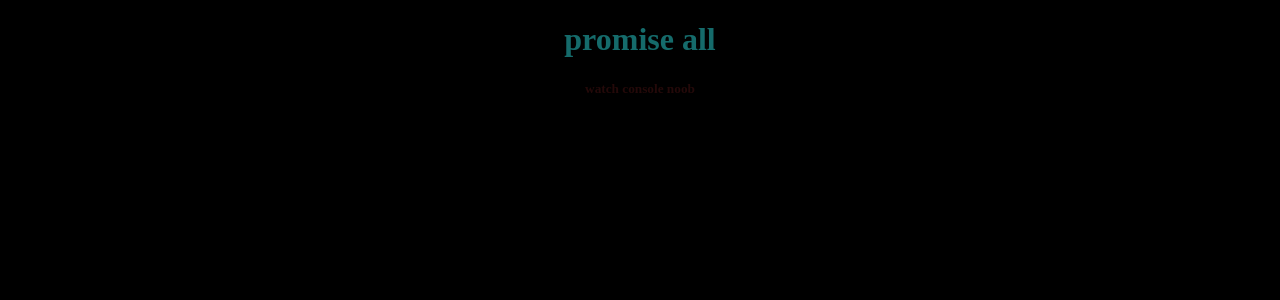
Repository: Magiciaan/pokeapi2
Page: new.html
These files come from the project's save history. The page is drawn as it stood at one moment and after the next save; the edit follows.
The browser window is 1280 px wide. The pictures show the whole page.
The page's requests for data from a server got no answer.

Above is the page before, as saved 2023-01-09 23:43:46.

### new.html
<!DOCTYPE html>
<html lang="en">
<head>
    <meta charset="UTF-8">
    <meta http-equiv="X-UA-Compatible" content="IE=edge">
    <meta name="viewport" content="width=device-width, initial-scale=1.0">
    <script src = 'new.js' defer ></script>
    <link rel="stylesheet" type="text/css" href="./new.css">
    <title>promise all
    </title>
</head>
<body>
    <h1>promise all</h1>
    <h5>watch console noob</h5>
</body>
</html>

### new.js
async function firstfetch() {
  try {
    let vyavya = []
    const allfetchingdata = await fetch(
      "https://pokeapi.co/api/v2/pokemon?limit=5"
    );
    const resp = await allfetchingdata.json();
    constallurls = [];
    for (let i = 0; i < 5; i++) {
      let urls = resp.results[i].url;
      constallurls.push(urls);
    }
    constallurls.forEach((random)=>{
        vyavya.push(fetch(random))
    })
    Promise.all(vyavya)
      .then((response) => {
        return Promise.all(response.map((r) => r.json()));
      })
      .then((data) => {
        data.forEach((item) => {
          console.log(item.name);
        });
      });

  } catch (err) {
    console.error(err);
  }
}
firstfetch();

### new.css
body{
    text-align: center;
    color: rgb(21, 107, 107);
    background-color: rgb(0, 0, 0);
}
h5{
    color: rgb(36, 9, 9);
}
h5:hover{
    color: aliceblue;
    cursor: pointer;
}

After the next save:
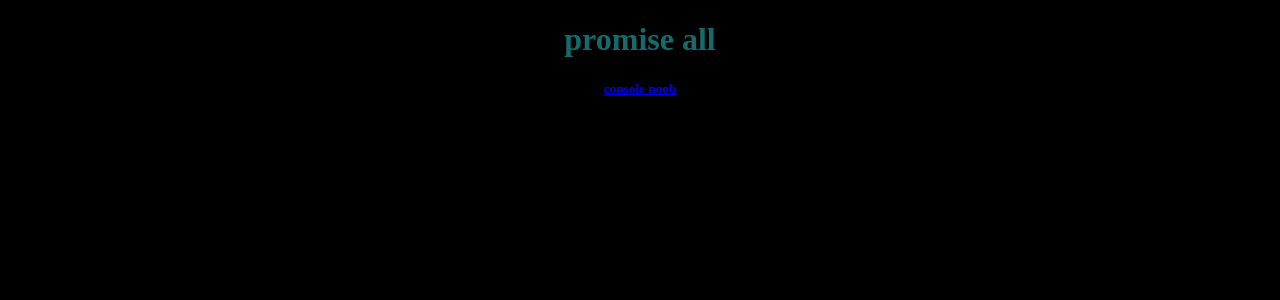
Saved 66 s later.
--- a/new.html
+++ b/new.html
@@ -11,6 +11,6 @@
 </head>
 <body>
     <h1>promise all</h1>
-    <h5>watch console noob</h5>
+    <h5><a href="https://www.youtube.com/watch?v=dQw4w9WgXcQ&ab_channel=RickAstley"> console noob</a></h5>
 </body>
 </html>
